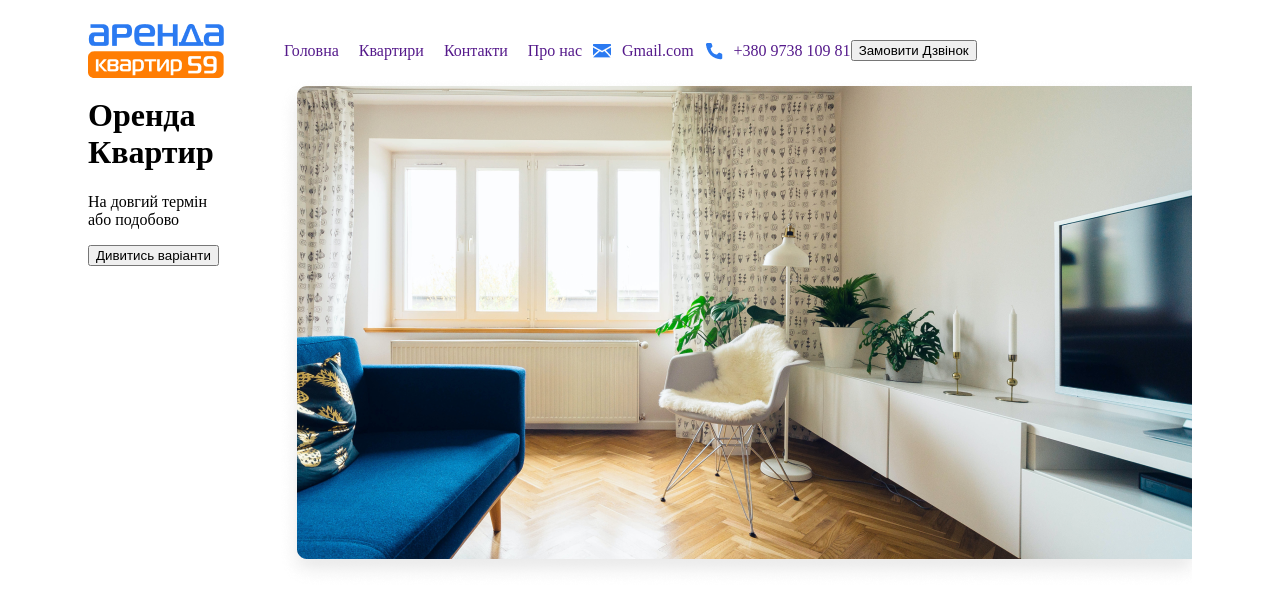
Repository: batonAnton/HW-7-grid
Page: index.html
These files come from the project's save history. The page is drawn as it stood at one moment and after the next save; the edit follows.
The browser window is 1280 px wide. The pictures show the whole page.

Above is the page before, as saved 2022-06-22 17:35:29.

### index.html
<!DOCTYPE html>
<html lang="en">
<head>
    <meta charset="UTF-8">
    <meta http-equiv="X-UA-Compatible" content="IE=edge">
    <meta name="viewport" content="width=device-width, initial-scale=1.0">
    <link rel="stylesheet" href="./css/style.css">
    <title>Grid</title>
</head>
<div>
    <div>
        <div class="wrapper allstyles">
            <!-- <div class="wrapper-child logo"> -->
                <img src="./images/logo.png" alt="logo">
            <!-- </div> -->
            <!-- <div class="wrapper-child"> -->
                <nav>
                    <ul>
                        <a href="">
                            <li>Головна</li>
                        </a>
                        <a href="">
                            <li>Квартири</li>
                        </a>
                        <a href="">
                            <li>Контакти</li>
                        </a>

                        <a href="">
                            <li>Про нас</li>
                        </a>

                    </ul>
                </nav>
            <!-- </div> -->
            <!-- <div class="wrapper-child email"> -->

                <!-- <div> -->
                    <img src="./images/email.png" alt="email">
                    <a href=""> Gmail.com</a>
                <!-- </div> -->

            <!-- <div class="wrapper-child phone"> -->

                    <img src="./images/phone.png" alt="phone">
                    <a href="">+380 9738 109 81</a>
                <!-- </div> -->

            <!-- <div class="wrapper-child btn"> -->
                <button>Замовити Дзвінок </button>
            <!-- </div> -->
            </div>

            <div class=" wrapper2 section allstyles">
                <div class="info">
                    <h1>Оренда Квартир</h1>
                    <p>На довгий термін <br> або подобово</p>
                    <button>Дивитись варіанти</button>
                </div>

                <div class="banner">
                    <img src="./images/bigBanner.png" alt="banner">
                </div>
            </div>
        </div>




    </header>

    <!--


</body>
</html>

### css/style.css
.allstyles {
  margin: 0 80px;
}

header {
  display: grid;
  grid-template-columns: repeat(4, 1fr);
    grid-template-rows: repeat(4, 1fr);
}
header img{
    height: 30px;
}
.wrapper {
  /* display: flex;
  justify-content: space-between;
  grid-column: 1/6; */
  display: flex;
    align-items: center;
    margin-top: 25px;
    grid-column: 1 / 5;
    grid-row: 1 / 2;
    height: 51px;
    z-index: 1;
}

.wrapper nav ul {
  display: inline-flex;
}

.wrapper .email div {
  align-items: center;
  display: flex;
}

.wrapper .phone div {
  display: flex;
  align-items: center;
}

.wrapper ul a li {
  list-style: none;
  margin-left: 20px;
}
.wrapper a {
  text-decoration: none;
}

.btn button {
  padding: 15px 30px;
  color: #fff;
  background: linear-gradient(89.77deg, #ff7a00 0.2%, #ffb039 99.82%);
  box-shadow: 0px 10px 20px rgba(255, 122, 0, 0.2);
  border-radius: 25px;
  border: none;
}

.wrapper2{
    grid-column: 1 / 3;
    grid-row: 1 / 3;
}
.section {
  display: flex;
  justify-content: space-around;
  grid-column: 1/2;
  grid-row: 2/3;
}

After the next save:
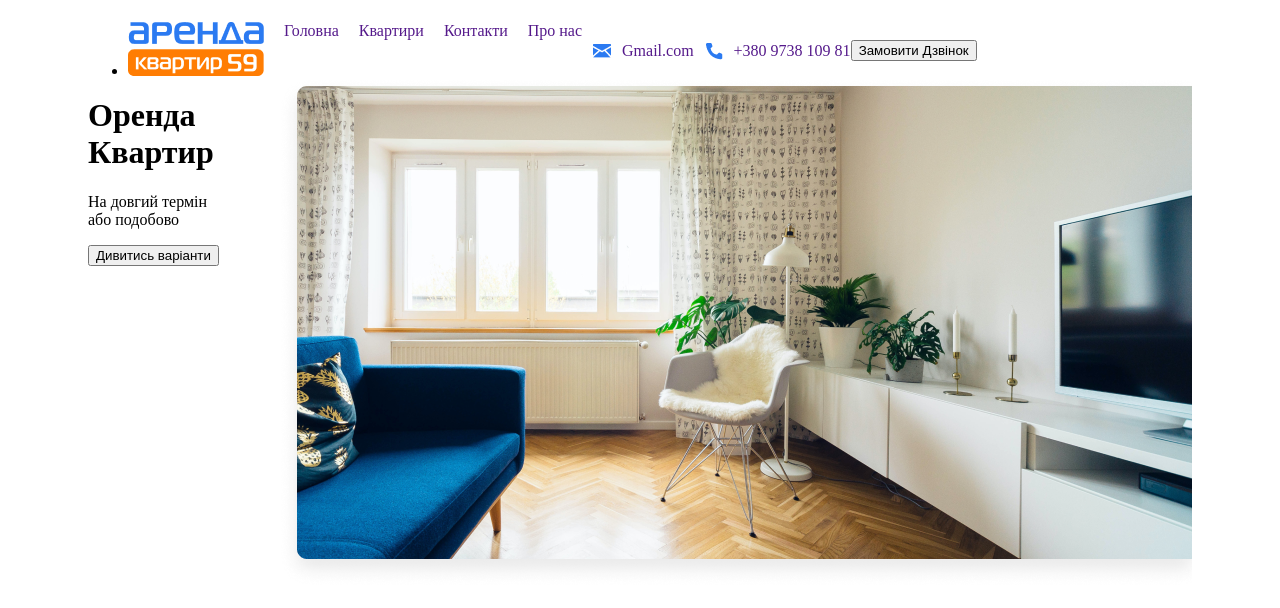
Saved 13 h 59 min later.
--- a/index.html
+++ b/index.html
@@ -11,11 +11,12 @@
     <div>
         <div class="wrapper allstyles">
             <!-- <div class="wrapper-child logo"> -->
-                <img src="./images/logo.png" alt="logo">
+
             <!-- </div> -->
             <!-- <div class="wrapper-child"> -->
                 <nav>
                     <ul>
+                        <li><img class="logo" src="./images/logo.png" alt="logo"></li>
                         <a href="">
                             <li>Головна</li>
                         </a>
@@ -36,13 +37,13 @@
             <!-- <div class="wrapper-child email"> -->
 
                 <!-- <div> -->
-                    <img src="./images/email.png" alt="email">
+                    <img class="email" src="./images/email.png" alt="email">
                     <a href=""> Gmail.com</a>
                 <!-- </div> -->
 
             <!-- <div class="wrapper-child phone"> -->
 
-                    <img src="./images/phone.png" alt="phone">
+                    <img class="phone" src="./images/phone.png" alt="phone">
                     <a href="">+380 9738 109 81</a>
                 <!-- </div> -->
 
@@ -69,7 +70,7 @@
 
     </header>
 
-    <!--
+
 
 
 </body>
